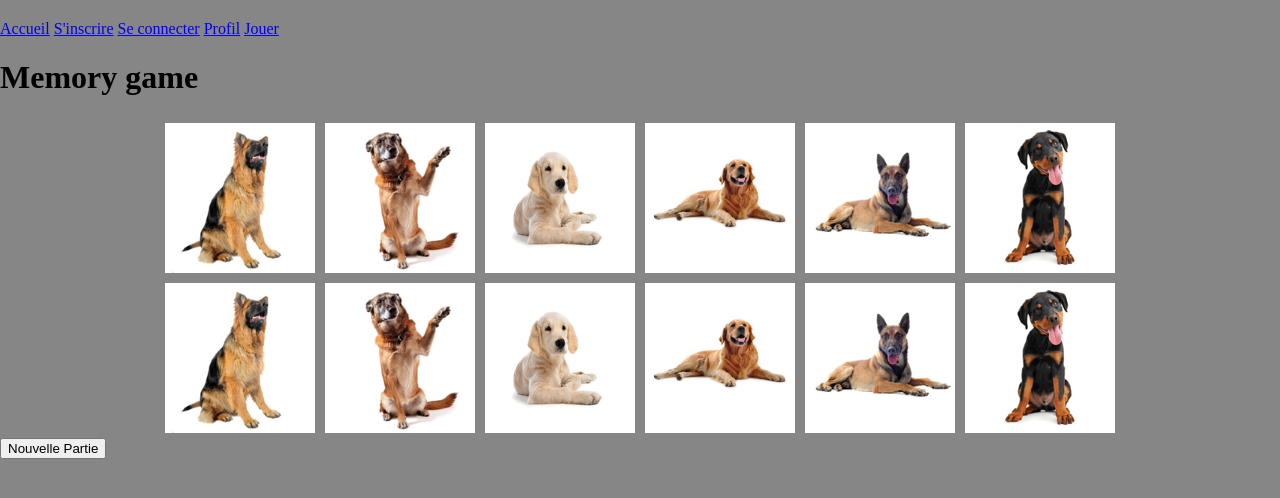
Repository: Ludmilla06/memory-game
Page: game.html
An editor plug-in stored every save of this project. The page is shown before and after the next save, followed by the edit.
The browser window is 1280 px wide. The pictures show the whole page.

Above is the page before, as saved 2025-10-22 11:07:20.

After the next save:
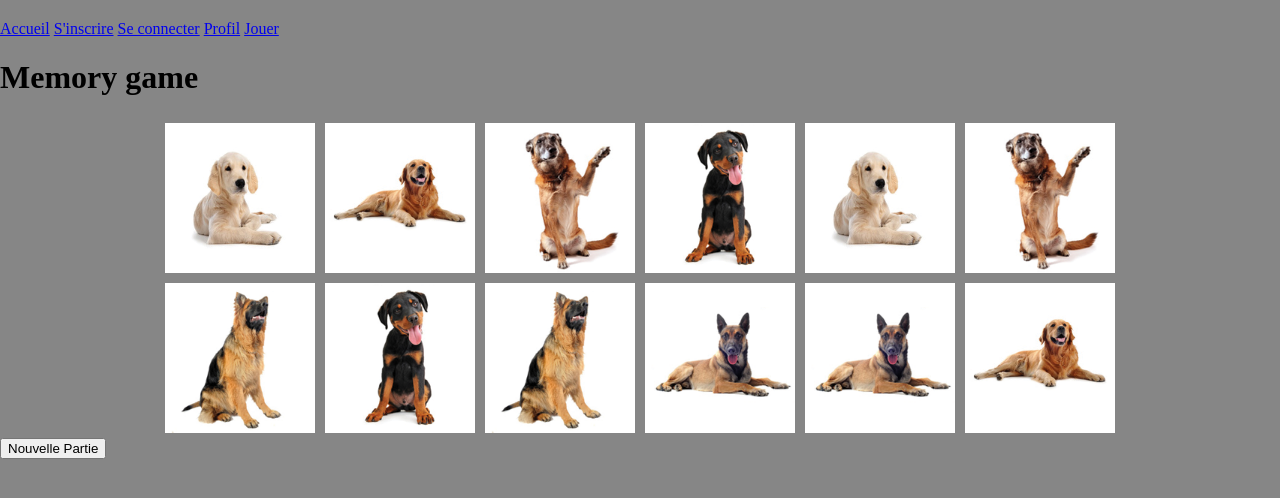
Saved 3 min 43 s later.
--- a/js/game.js
+++ b/js/game.js
@@ -43,6 +43,11 @@ game.appendChild(grid)
 // Dupliquer le tableau pour créer une correspondance pour chaque carte
 let gameGrid = cardsArray.concat(cardsArray) // concat permet de fusionner deux tableaux
 
+// Randomiser la grille de jeu à chaque chargement de la page
+gameGrid.sort(() => 0.5 - Math.random())
+// La méthode sort() trie les éléments d'un tableau et renvoie le tableau trié. La fonction de comparaison fournie détermine l'ordre de tri.
+// Ici, elle génère un nombre aléatoire entre -0.5 et 0.5, ce qui entraîne un ordre aléatoire des éléments du tableau.
+
 // Puis créer les cartes avec le tableau dupliqué (gameGrid au lieu de cardsArray)
 gameGrid.forEach((item) => {
 // Créer une div
@@ -60,8 +65,3 @@ const card = document.createElement('div')
  // Ajouter le div à la section de grille
  grid.appendChild(card)
 })
-
-// Randomiser la grille de jeu à chaque chargement de la page
-gameGrid.sort(() => 0.5 - Math.random())
-// La méthode sort() trie les éléments d'un tableau et renvoie le tableau trié. La fonction de comparaison fournie détermine l'ordre de tri.
-// Ici, elle génère un nombre aléatoire entre -0.5 et 0.5, ce qui entraîne un ordre aléatoire des éléments du tableau.
